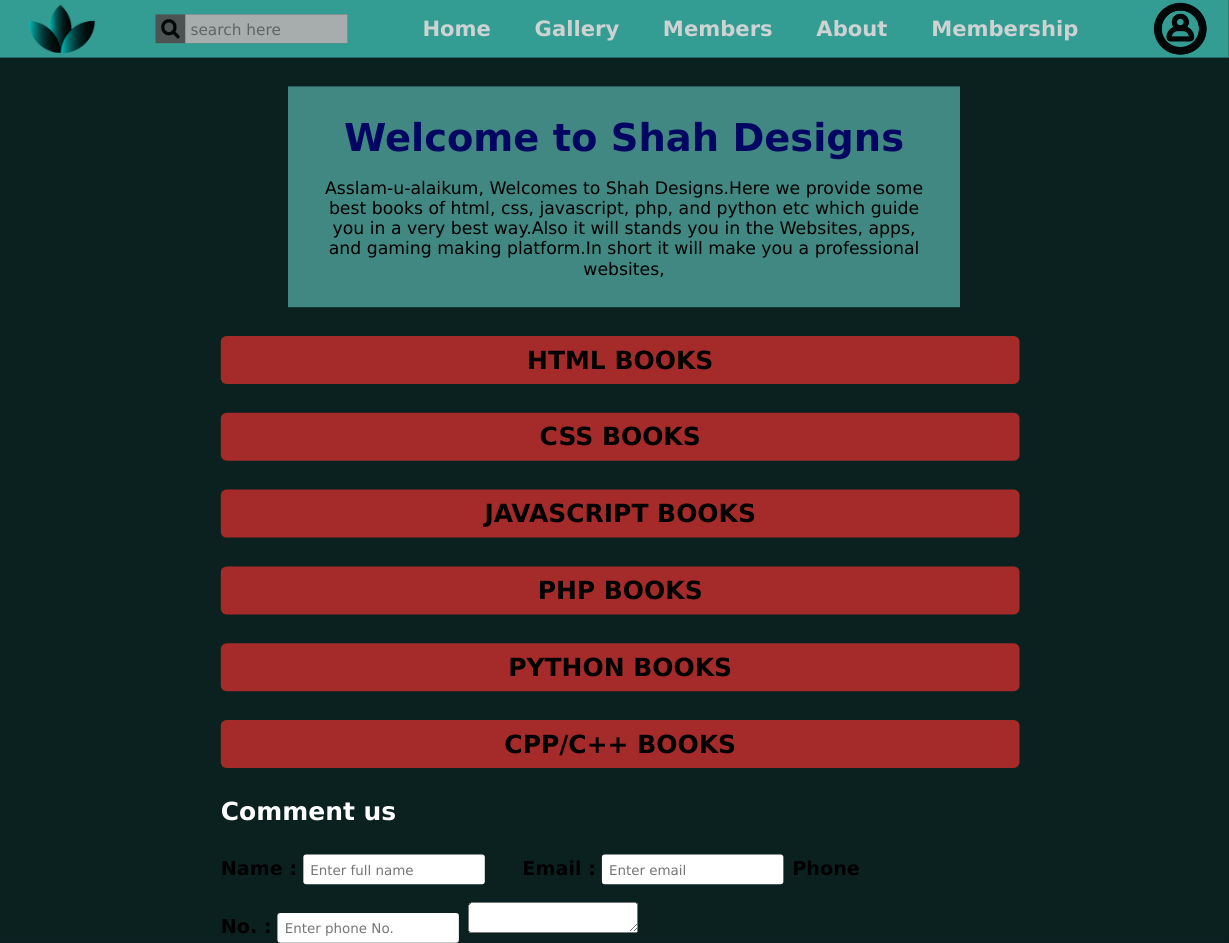
Repository: RawahaMR11/my_assignments
Page: rawaha computer/Shah Designs web/Shah home page.html
An editor plug-in stored every save of this project. The page is shown before and after the next save, followed by the edit.
The browser window is 1280 px wide. The pictures show the whole page, at 96% of full size.

Above is the page before, as saved 2024-12-13 09:01:14.

### rawaha computer/Shah Designs web/Shah home page.html
<!DOCTYPE html>
<html lang="en">
<head>
      <meta charset="UTF-8">
      <meta name="viewport" content="width=device-width, initial-scale=1.0">
      <title>Shah Designs</title>
      <link rel="stylesheet" href="Shah home page.css">
</head>
<body>
<div class="my-display">
      <header>
            <div class="logo">
                  <img src="logo.png" alt="Shah Designs logo">
            </div><!--end logo-->
            <div class="search">
                  <img src="search.png" alt="Search-icon">
                  <input type="text" placeholder="search here">
            </div><!--end search-->
            <div class="home">
                  <a href="Shah home page.html">Home</a>
            </div><!--end home-->
            <div class="gallery">
                  <a href="#">Gallery</a>
            </div><!--end gallery-->
            <div class="members">
                  <a href="#">Members</a>
            </div><!--end members -->
            <div class="about">
                  <a href="#">About</a>
            </div><!--end about-->
            <div class="membership">
                  <a href="#">Membership</a>
            </div>
            <div class="login">
                  <img src="sign in.png" alt="Login">
            </div><!--end login-->
      </header>


      <div class="wrapper">
            <div id="welcome">
                  <h1>Welcome to Shah Designs</h1><br>
                  <p>Asslam-u-alaikum, Welcomes to Shah Designs.Here we provide some best books of html, css, javascript, php, and python etc which guide you in a very best way.Also it will stands you in the Websites, apps, and gaming making platform.In short it will make you a professional websites, </p>
            </div><!--end welcome-->
      </div><!--end wrapper-->


      <div class="html-books">
            <p>HTML BOOKS</p>
      </div>
      <div class="css-books">
            <p>CSS BOOKS</p>
      </div>
      <div class="javascript-books">
            <p>JAVASCRIPT BOOKS</p>
      </div>
      <div class="php-books">
            <p>PHP BOOKS</p>
      </div>
      <div class="python-books">
            <p>PYTHON BOOKS</p>
      </div>
      <div class="Cpp-books">
            <p>CPP/C++ BOOKS</p>
      </div>



      <div class="datail">

      </div>



      <div class="comment">
            <h2>Comment us</h2>
            <label for="name">Name :</label><input type="text" placeholder="Enter full name">
            <label for="name" id="email-label">Email :</label><input type="email" placeholder="Enter email">
            <label for="name" id="phone-label">Phone No. :</label><input type="text" placeholder="Enter phone No.">
            <textarea name="comment" id="comment"></textarea>
      </div>
</div>
</body>
</html>

### rawaha computer/Shah Designs web/Shah home page.css
* {
      margin: 0;
      padding: 0;
}
body {
      display: block;
      font-size: 14px;
      background-color: rgb(10, 33, 32);
}
.my-display {
      width: 80%;
      margin: 0 auto;
      height: 100%;
      width: 100%;
}
/* css for opening my page on tablets (screens with width <=768px) */
@media screen and (max-width: 768px) {
      body {
            font-size: 16px;
      }
      .my-display {
            width: 100%;
      }
}
/* css for opening my page on laptops,pcs etc (screens with width <=1080px) */
@media screen and (max-width: 1080px) {
      body {
            font-size: 14px;
      }
      .my-display {
            width: 100%;
      }
}
/* css for opening my page on phones (screens with width <=480px) */
@media screen and (max-width: 480px) {
      body {
            font-size: 10px;
      }
      .my-display {
            width: 100%;
      }
}
header {
      width: 100%;
      height: 60px;
      display: flex;
      align-items: center;
      background-color: rgb(62, 188, 176);
      opacity: 80%;
      gap: 31.5px;
}
.logo {
      height: 83%;
      width: 70px;
      margin: 0 30px 0;
}
.logo img {
      height: 100%;
      width: 100%;
}
.search {
      width: 200px;
      height: 30px;
      background-color: rgb(95, 95, 95);
      display: flex;
      align-items: center;
      justify-content: space-evenly;
}
.search img {
      width: 10%;
      height: 65%;
      padding: 6px;
}
.search input {
      width: 90%;
      padding: 5.34px;
      border: none;
      outline: none;
      background-color: rgb(207, 207, 207);
      font-family: Verdana, Geneva, Tahoma, sans-serif;
      font-size: 16px;
}
.home {
      font-family: Verdana, Geneva, Tahoma, sans-serif;
      font-size: 22px;
      margin-left: 40px;
      padding: 7px;
}
.home:hover {
      background-color: rgb(161, 161, 161);
}
.home a {
      text-decoration: none;
      font-weight: 700;
      color: white;
}
.gallery {
      font-family: Verdana, Geneva, Tahoma, sans-serif;
      font-size: 22px;
      padding: 7px;
}
.gallery:hover {
      background-color: rgb(161, 161, 161);
}
.gallery a {
      text-decoration: none;
      font-weight: 700;
      color: white;
}
.members {
      font-family: Verdana, Geneva, Tahoma, sans-serif;
      font-size: 22px;
      padding: 7px;
}
.members:hover {
      background-color: rgb(161, 161, 161);
}
.members a {
      text-decoration: none;
      font-weight: 700;
      color: white;
}
.about {
      font-family: Verdana, Geneva, Tahoma, sans-serif;
      font-size: 22px;
      padding: 7px;
}
.about:hover {
      background-color: rgb(161, 161, 161);
}
.about a {
      text-decoration: none;
      font-weight: 700;
      color: white;
}
.membership {
      font-family: Verdana, Geneva, Tahoma, sans-serif;
      font-size: 22px;
      padding: 7px;
}
.membership:hover {
      background-color: rgb(161, 161, 161);
}
.membership a {
      text-decoration: none;
      font-weight: 700;
      color: white;
}
.login {
      height: 90%;
      width: 55px;
      float: right;
      margin-left: 40px;
}
.login img {
      height: 100%;
      width: 100%;
      cursor: pointer;
}
.wrapper {
      width: 50%;
      height: auto;
      display: flex;
      align-items: center;
      justify-content: center;
      margin-top: 30px;
      background-color: rgb(64, 136, 129);
      padding: 30px;
      margin-left: 300px;
}
#welcome {
      width: 100%;
      font-family: Verdana, Geneva, Tahoma, sans-serif;
      font-size: 16px;
}
#welcome h1 {
      text-align: center;
      color: rgb(0, 6, 97);
      font-size: 40px;
}
#welcome p {
      text-align: center;
      font-size: 18px;
      font-family: Verdana, Geneva, Tahoma, sans-serif;
}
.html-books {
      height: 50px;
      width: 65%;
      background-color: brown;
      margin: 30px 230px 0;
      border-radius: 6px;
      display: flex;
      align-items: center;
      justify-content: center;
      cursor: pointer;
}
.html-books p {
      font-family: Verdana, Geneva, Tahoma, sans-serif;
      font-size: 26px;
      font-weight: 700;
}
.css-books {
      height: 50px;
      width: 65%;
      background-color: brown;
      margin: 30px 230px 0;
      border-radius: 6px;
      display: flex;
      align-items: center;
      justify-content: center;
      cursor: pointer;
}
.css-books p {
      font-family: Verdana, Geneva, Tahoma, sans-serif;
      font-size: 26px;
      font-weight: 700;
}
.javascript-books {
      height: 50px;
      width: 65%;
      background-color: brown;
      margin: 30px 230px 0;
      border-radius: 6px;
      display: flex;
      align-items: center;
      justify-content: center;
      cursor: pointer;
}
.javascript-books p {
      font-family: Verdana, Geneva, Tahoma, sans-serif;
      font-size: 26px;
      font-weight: 700;
}
.php-books {
      height: 50px;
      width: 65%;
      background-color: brown;
      margin: 30px 230px 0;
      border-radius: 6px;
      display: flex;
      align-items: center;
      justify-content: center;
      cursor: pointer;
}
.php-books p {
      font-family: Verdana, Geneva, Tahoma, sans-serif;
      font-size: 26px;
      font-weight: 700;
}
.python-books {
      height: 50px;
      width: 65%;
      background-color: brown;
      margin: 30px 230px 0;
      border-radius: 6px;
      display: flex;
      align-items: center;
      justify-content: center;
      cursor: pointer;
}
.python-books p {
      font-family: Verdana, Geneva, Tahoma, sans-serif;
      font-size: 26px;
      font-weight: 700;
}
.Cpp-books {
      height: 50px;
      width: 65%;
      background-color: brown;
      margin: 30px 230px 0;
      border-radius: 6px;
      display: flex;
      align-items: center;
      justify-content: center;
      cursor: pointer;
}
.Cpp-books p {
      font-family: Verdana, Geneva, Tahoma, sans-serif;
      font-size: 26px;
      font-weight: 700;
}
.comment {
      width: 55%;
      margin: 30px 230px 0;
}
.comment h2 {
      font-family: Verdana, Geneva, Tahoma, sans-serif;
      font-size: 26px;
      font-weight: 700;
      color: white;
}
.comment label {
      margin-top: 30px;
      font-family: Verdana, Geneva, Tahoma, sans-serif;
      font-size: 20px;
      font-weight: 700;
}
.comment input {
      margin: 30px 6px 0;
      font-family: Verdana, Geneva, Tahoma, sans-serif;
      font-size: 14px;
      padding: 7.5px;
      border: none;
      outline: none;
      border-radius: 3px;
}
#email-label {
      margin-left: 30px;
}

After the next save:
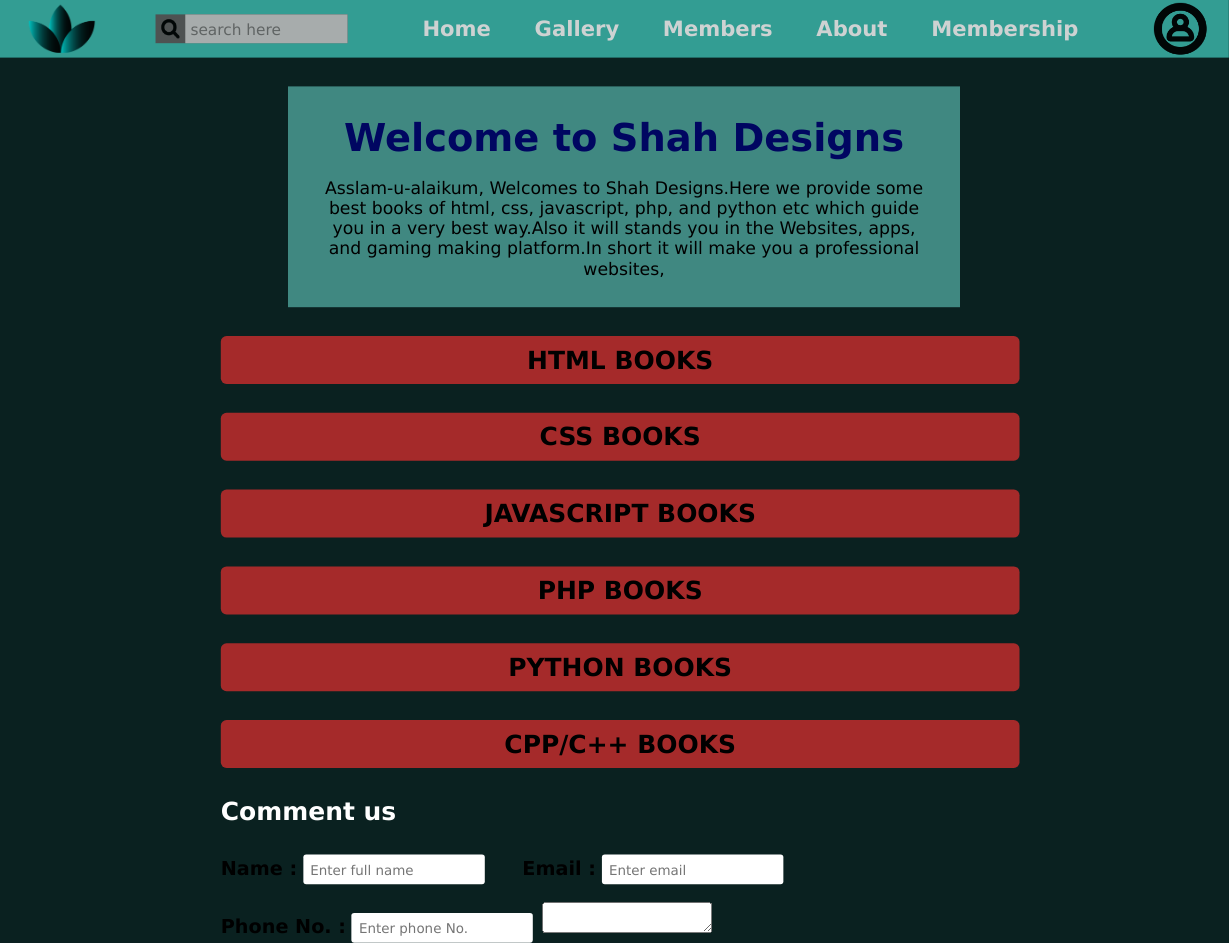
Saved 14 s later.
--- a/rawaha computer/Shah Designs web/Shah home page.css
+++ b/rawaha computer/Shah Designs web/Shah home page.css
@@ -280,7 +280,7 @@ header {
       font-weight: 700;
 }
 .comment {
-      width: 55%;
+      width: 50%;
       margin: 30px 230px 0;
 }
 .comment h2 {
